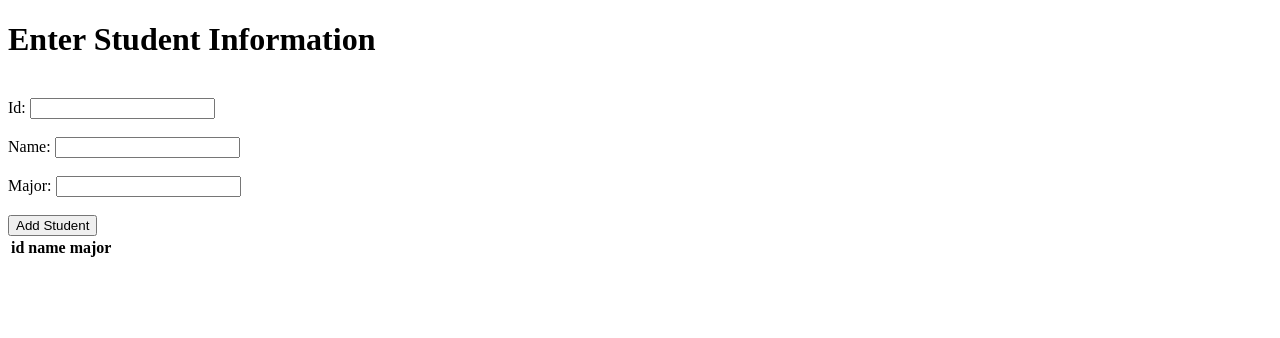
Repository: RevatureSteve/Java
Page: Week_4_JavaScript/JavaScriptClassExamples/WebContent/form.html
These files come from the project's save history. The page is drawn as it stood at one moment and after the next save; the edit follows.
The browser window is 1280 px wide. The pictures show the whole page.

Above is the page before, as saved 2016-09-07 19:17:45.

### Week_4_JavaScript/JavaScriptClassExamples/WebContent/form.html
<!DOCTYPE html>
<html>
<head>
<meta charset="ISO-8859-1">
<title>Add Students</title>
</head>
<body>
<h1> Enter Student Information</h1><br />
Id: <input type="text" id="t_id" /><br /> <br />

Name: <input type="text" id="t_name" /> <br /> <br />

Major: <input type="text" id="t_major" /><br /> <br />

<button id="add">Add Student</button>

<table id="students">
	<tr>
		<th>id</th>
		<th>name</th>
		<th>major</th>
	</tr>
</table>
<br>
<form>

</form>

<script type="text/javascript" src="resources/js/form.js"></script>
</body>
</html>

### Week_4_JavaScript/JavaScriptClassExamples/WebContent/resources/js/form.js
/**
 * Form Javascript for adding students
 */

function add(){

	//Element Values
	var id = document.getElementById("t_id").value;
	var name = document.getElementById("t_name").value;
	var major = document.getElementById("t_major").value;

	//Create Row Element
	var row = document.createElement("tr");

	//Create Row Cells
	var cell1 = document.createElement("td");
	var cell2 = document.createElement("td");
	var cell3 = document.createElement("td");

	//Append the cells to the row
	row.appendChild(cell1);
	row.appendChild(cell2);
	row.appendChild(cell3);

	//add text
	cell1.innerHTML = id;
	cell2.innerHTML = name;
	cell3.innerHTML = major;

	//append to the table
	document.getElementById("students").appendChild(row);
}
//Add event listener to document
document.getElementById("add").addEventListener("click", add, false);

After the next save:
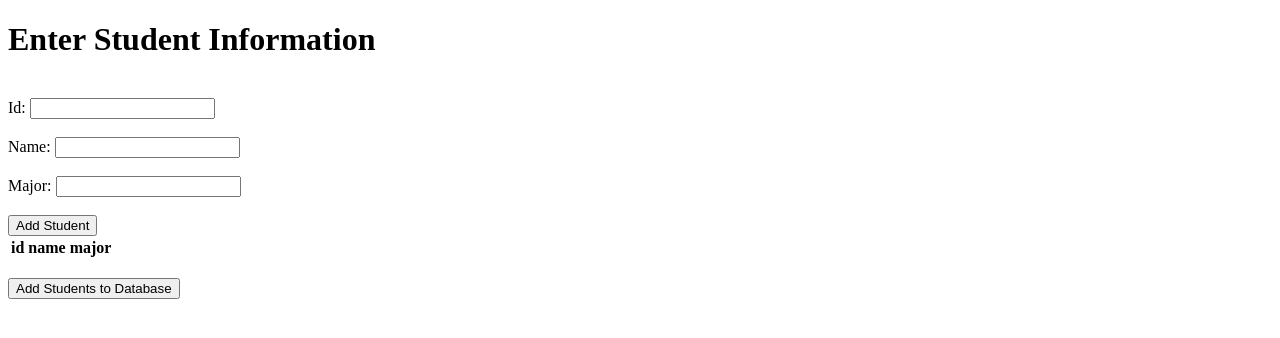
Saved 27 s later.
--- a/Week_4_JavaScript/JavaScriptClassExamples/WebContent/form.html
+++ b/Week_4_JavaScript/JavaScriptClassExamples/WebContent/form.html
@@ -23,7 +23,7 @@ Major: <input type="text" id="t_major" /><br /> <br />
 </table>
 <br>
 <form>
-
+	<input type="submit" value="Add Students to Database"/>
 </form>
 
 <script type="text/javascript" src="resources/js/form.js"></script>
